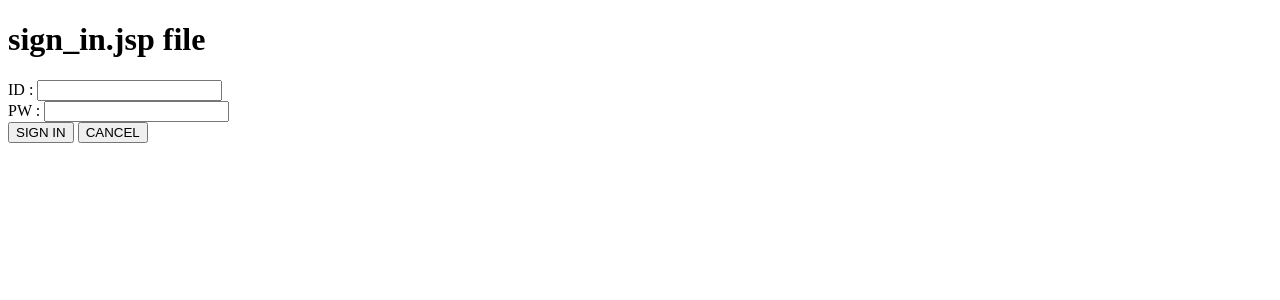
Repository: OhSeungMok/spring1
Page: http://localhost/ch08_pjt_01/signin
The author's editor kept a copy of each file at every save. The page is drawn from the files as they stood at one save, then again after the next save.
The browser window is 1280 px wide. The pictures show the whole page.
The page is served by Tomcat 9. Other server files are loaded and not shown.

Above is the page before, as saved 2024-05-23 07:47:54.

### STSProject/ch08_pjt_01/src/main/webapp/WEB-INF/views/sign_in.jsp
<%@ page language="java" contentType="text/html; charset=UTF-8"
    pageEncoding="UTF-8"%>
<!DOCTYPE html>
<html>
<head>
<meta charset="UTF-8">
<title>sign_in.jsp 파일</title>
</head>
<body>
	<h1>sign_in.jsp file</h1>
	<form action="/member/signInConfirm">
    	ID : <input type="text" name="m_id" ><br />
      	PW : <input type="password" name="m_pw" ><br />
      	<input type="submit" value="SIGN IN" >
      	<input type="reset" value="CANCEL" >
  	</form>
</body>
</html>

After the next save:
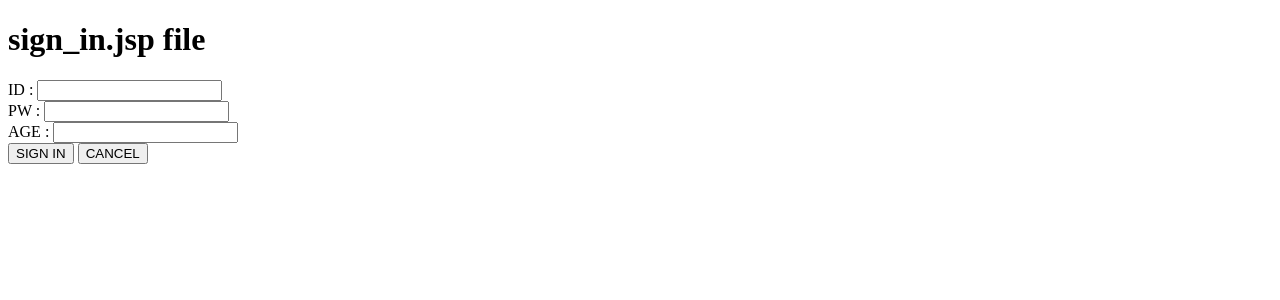
Saved 29 h 23 min later.
--- a/STSProject/ch08_pjt_01/src/main/webapp/WEB-INF/views/sign_in.jsp
+++ b/STSProject/ch08_pjt_01/src/main/webapp/WEB-INF/views/sign_in.jsp
@@ -11,6 +11,7 @@
 	<form action="/member/signInConfirm">
     	ID : <input type="text" name="m_id" ><br />
       	PW : <input type="password" name="m_pw" ><br />
+      	AGE : <input type="text" name="m_age"><br/>
       	<input type="submit" value="SIGN IN" >
       	<input type="reset" value="CANCEL" >
   	</form>
